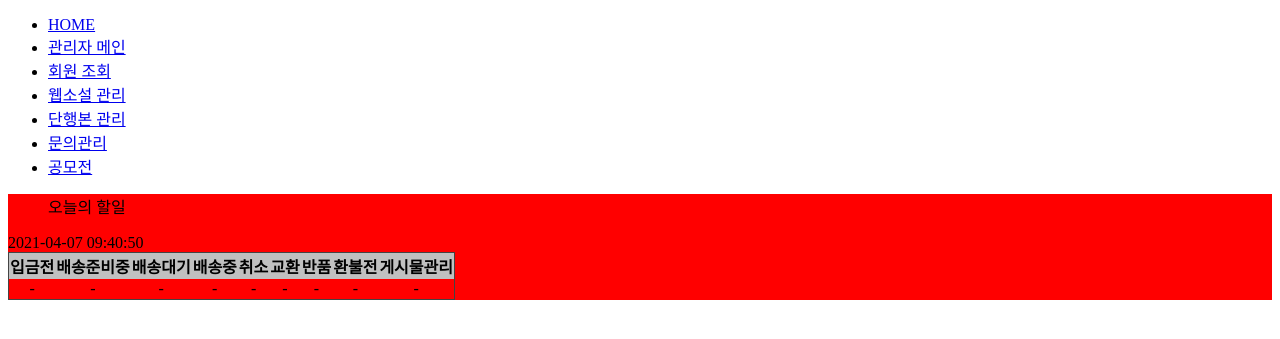
Repository: hoony0203/firstbook
Page: http://localhost/first_book/admin/main
The author's editor kept a copy of each file at every save. The page is drawn from the files as they stood at one save, then again after the next save.
The browser window is 1280 px wide. The pictures show the whole page.
The page is served by Tomcat 9.

Above is the page before, as saved 2021-04-10 08:08:45.

After the next save:
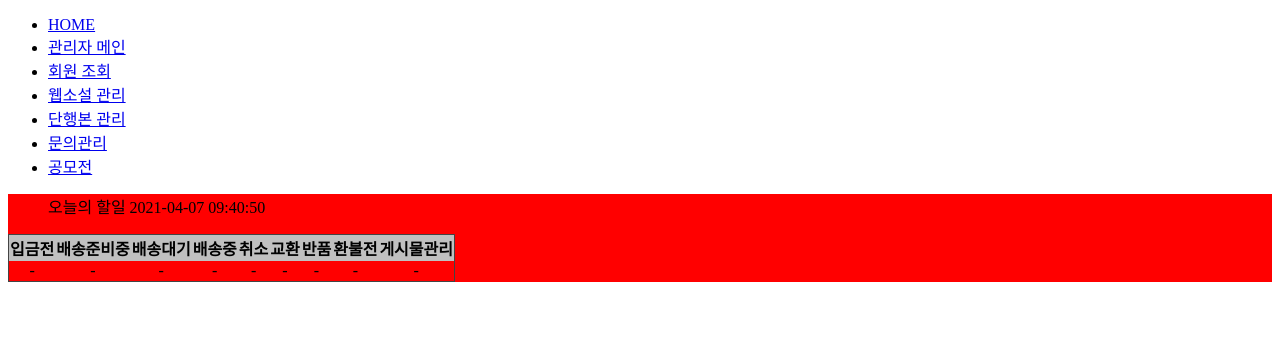
Saved 53 s later.
--- a/first_book/web/WEB-INF/views/admin/adminMain.jsp
+++ b/first_book/web/WEB-INF/views/admin/adminMain.jsp
@@ -20,21 +20,24 @@
 <body>
 	<jsp:include page="adminHeader.jsp"></jsp:include>
 
+		<c:set var="now" value="<%=new java.util.Date()%>" />
+		<c:set var="sysYear"><fmt:formatDate value="${now}" pattern="yyyy-MM-dd hh:mm:ss" /></c:set>
+
+
 		<section>
 
 		<article id="a1">
 
 		<figure>
 			<figcaption>
-			오늘의 할일
+			오늘의 할일 		<c:out value="${sysYear}" />
 			</figcaption>
 		</figure>
 
-		<div>
-		<c:set var="now" value="<%=new java.util.Date()%>" />
-		<c:set var="sysYear"><fmt:formatDate value="${now}" pattern="yyyy-MM-dd hh:mm:ss" /></c:set>
-		<c:out value="${sysYear}" />
-		</div>
+
+
+
+
 
 
 		<table>
